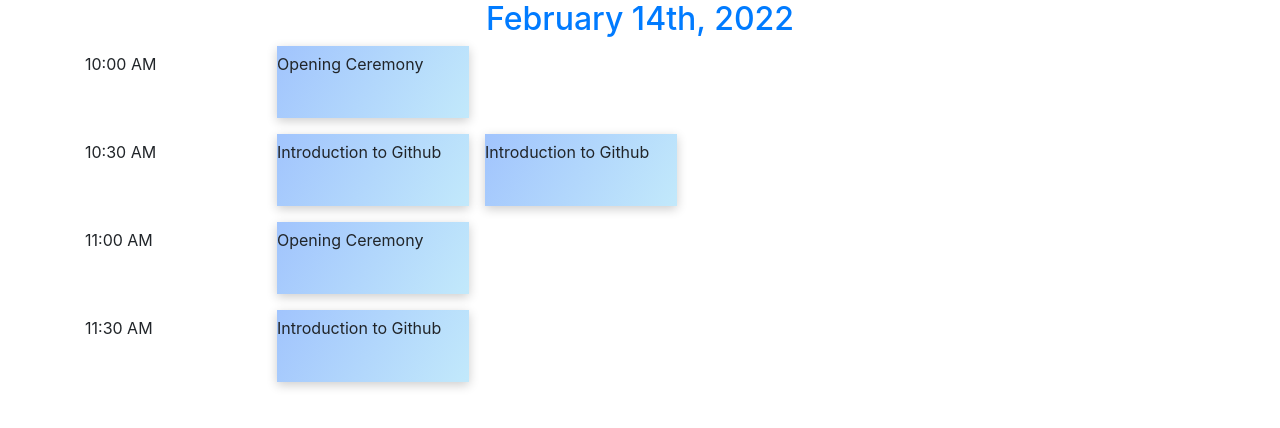
Repository: BaileyLuu/yuHacks2022
Page: public/schedule.html
These files come from the project's save history. The page is drawn as it stood at one moment and after the next save; the edit follows.
The browser window is 1280 px wide. The pictures show the whole page.
Some web libraries are served in a nearby version.

Above is the page before, as saved 2021-11-20 13:01:48.

After the next save:
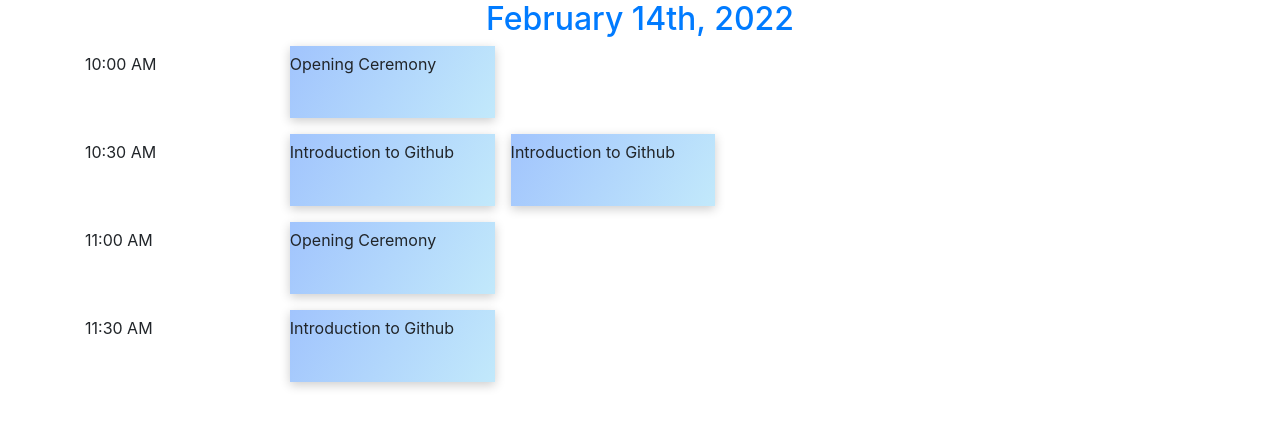
Saved 8 s later.
--- a/public/schedule.css
+++ b/public/schedule.css
@@ -5,7 +5,7 @@
 .schedule-time{
   display:flex;
   flex-direction: column;
-  width:15vw;
+  width:16vw;
   height:10vh;
   box-sizing: border-box;
   z-index: 50;
